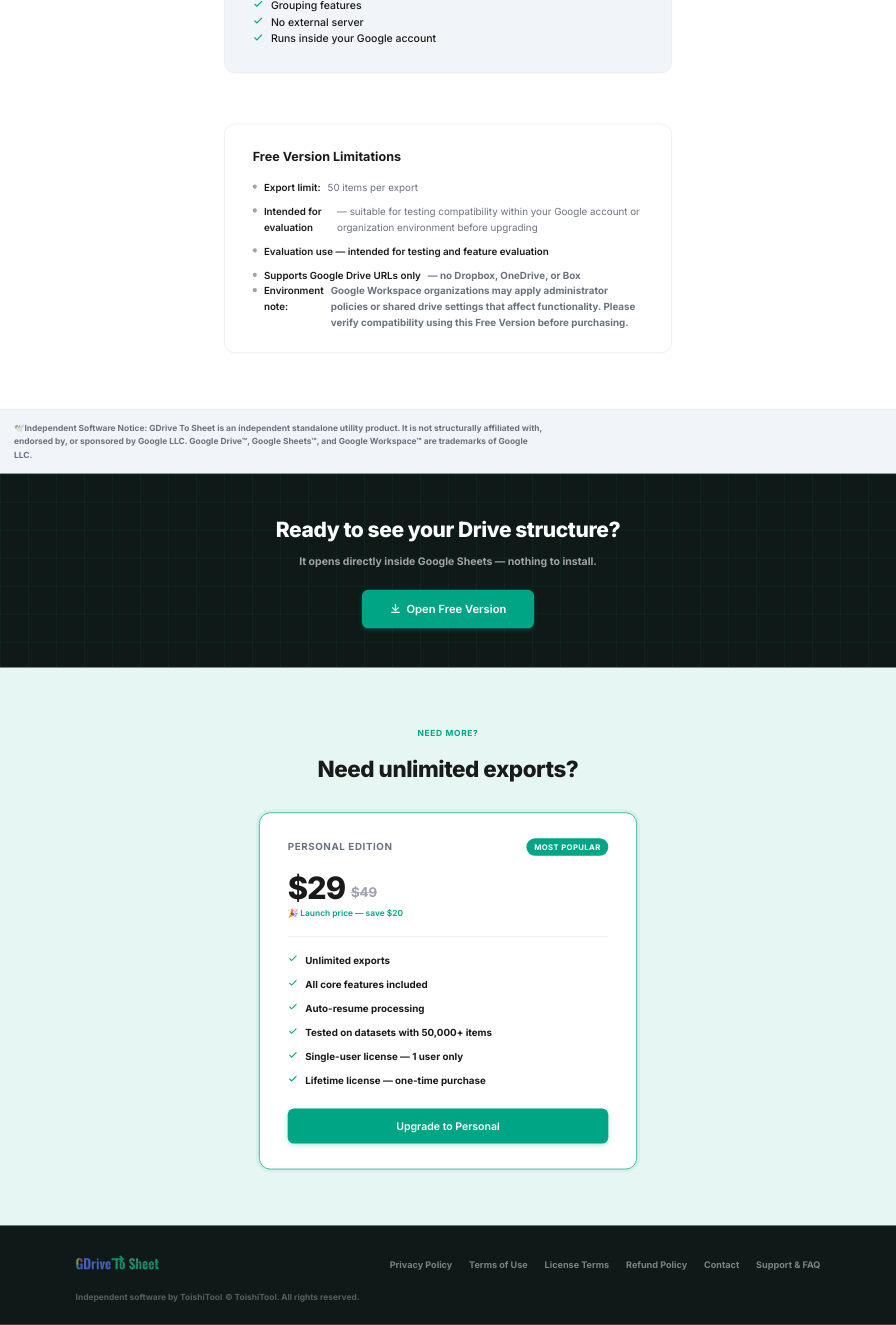
Repository: toishitool/gdrive-to-sheet
Page: free-download.html
These files come from the project's save history. The page is drawn as it stood at one moment and after the next save; the edit follows.
The browser window is 1280 px wide. The pictures show the part of the page from y = 691 to 2611 px (the page is 2584 px tall before and 2611 px after), at 70% of full size.
Pictures or frames that could not be fetched are drawn as grey boxes.

Above is the page before, as saved 2026-06-24 20:21:11.

### free-download.html
<!DOCTYPE html>
<html lang="en" class="scroll-smooth">

<head>
  <meta charset="UTF-8" />
  <meta name="viewport" content="width=device-width, initial-scale=1.0" />
  <title>Get Your Free Version – GDrive To Sheet</title>
  <meta name="description"
content="Try GDrive To Sheet for free (up to 50 items per export). Verify compatibility in your environment and export Google Drive folder structures into Google Sheets." />
  <link rel="canonical" href="https://toishitool.github.io/gdrive-to-sheet/free-download.html" />

  <link rel="preconnect" href="https://fonts.googleapis.com" />
  <link rel="preconnect" href="https://fonts.gstatic.com" crossorigin />
  <link href="https://fonts.googleapis.com/css2?family=Inter:wght@300;400;500;600;700;800&display=swap"
    rel="stylesheet" />
  <link rel="stylesheet" href="style.css" />
</head>

<body>

  <div id="header-container"></div>


  <section class="hero grid-bg" aria-label="Hero" style="padding: 64px 0 64px;">

    <img src="images/free-download-window.png" alt="Google Sheet Copy Document Interface" style="
    position: absolute;
    top: 35%;
    left: 80%;
    transform: translate(-50%, -50%);
    width: 60%;
    height: auto;
    opacity: 0.25;
    z-index: 0;
    pointer-events: none;
  ">

    <div class="container">
      <span class="eyebrow">GDrive To Sheet</span>
      <h1>Get Your <em>Free</em> Version</h1>
      <p class="sub">Try GDrive To Sheet free with up to 50 items per export to test compatibility in your environment before upgrading.
      </p>
      <div class="hero-btns">
  <a href="#"
    class="btn btn-primary"
    id="primary-cta">
    <svg width="16" height="16" fill="none" stroke="currentColor" stroke-width="2.5" viewBox="0 0 24 24">
      <path d="M12 2v13M5 9l7 7 7-7" />
      <path d="M3 20h18" />
    </svg>
    Open Free Version
  </a>
</div>

      <script>
document.getElementById('primary-cta').addEventListener('click', function(e) {
  e.preventDefault();

  // Google Sheetsコピー画面を新規タブで開く
  window.open(
    'https://docs.google.com/spreadsheets/d/1XC61kJ0gTl77MmNbun20sqAu81Rwod_-uWnyr1DBxf4/copy',
    '_blank'
  );

  // 現在のタブをサンクスページへ移動
  window.location.href = 'free-thanks.html';
});
</script>

      <p class="trust-note">
        <svg width="14" height="14" viewBox="0 0 24 24" fill="none" stroke="var(--primary)" stroke-width="2.5">
          <path d="M12 22s8-4 8-10V5l-8-3-8 3v7c0 6 8 10 8 10z" />
        </svg>
        Opens a copy in your own Google account. No installation or external server required.
      </p>
    </div>
  </section>

  <section class="feature-section reveal">
    <div class="container">
      <div class="feature-card">
        <h2>What's Included</h2>
        <ul class="feature-list">
          <li><svg width="16" height="16" fill="none" stroke="currentColor" stroke-width="2.5" viewBox="0 0 24 24">
              <polyline points="20 6 9 17 4 12" />
            </svg> </svg> Export up to 50 items per export</li>
          <li><svg width="16" height="16" fill="none" stroke="currentColor" stroke-width="2.5" viewBox="0 0 24 24">
              <polyline points="20 6 9 17 4 12" />
            </svg> Folder tree export</li>
          <li><svg width="16" height="16" fill="none" stroke="currentColor" stroke-width="2.5" viewBox="0 0 24 24">
              <polyline points="20 6 9 17 4 12" />
            </svg> New file highlighting</li>
          <li><svg width="16" height="16" fill="none" stroke="currentColor" stroke-width="2.5" viewBox="0 0 24 24">
              <polyline points="20 6 9 17 4 12" />
            </svg> Size heatmap</li>
          <li><svg width="16" height="16" fill="none" stroke="currentColor" stroke-width="2.5" viewBox="0 0 24 24">
              <polyline points="20 6 9 17 4 12" />
            </svg> Grouping features</li>
          <li><svg width="16" height="16" fill="none" stroke="currentColor" stroke-width="2.5" viewBox="0 0 24 24">
              <polyline points="20 6 9 17 4 12" />
            </svg> No external server</li>
          <li style="grid-column: 1 / -1;"><svg width="16" height="16" fill="none" stroke="currentColor"
              stroke-width="2.5" viewBox="0 0 24 24">
              <polyline points="20 6 9 17 4 12" />
            </svg> Runs inside your Google account</li>
        </ul>
      </div>
    </div>
  </section>

  <section class="limits-section reveal">
    <div class="container">
      <div class="limits-card">
        <h2>Free Version Limitations</h2>
        <ul class="limits-list">
          <li><strong>Export limit:</strong> 50 items per export</li>
          <li>
            <strong>Intended for evaluation</strong> — suitable for testing compatibility within your Google account or
            organization environment before upgrading
          </li>
          <li><strong><strong>Evaluation use</strong> — intended for testing and feature evaluation
          </li>
          <li><strong>Supports Google Drive URLs only</strong> — no Dropbox, OneDrive, or Box</li>
          <li>
            <strong>Environment note:</strong>
            Google Workspace organizations may apply administrator policies or shared drive settings that affect
            functionality. Please verify compatibility using this Free Version before purchasing.
          </li>
        </ul>


      </div>
    </div>
  </section>

<div class="notice-block">
            <p>🕊️<strong>Independent Software Notice:</strong> GDrive To Sheet is an independent standalone utility
              product. It is not structurally affiliated with, endorsed by, or sponsored by Google LLC. Google Drive™, Google Sheets™, and Google Workspace™ are trademarks of Google LLC.</p>
          </div>

  <section class="cta-band reveal">
    <div class="container cta-band-inner">
      <h2>Ready to see your Drive structure?</h2>
      <p>It opens directly inside Google Sheets — nothing to install.</p>
      <a href="https://docs.google.com/spreadsheets/d/1XC61kJ0gTl77MmNbun20sqAu81Rwod_-uWnyr1DBxf4/copy"
        class="btn btn-primary" target="_blank" style="font-size:16px;padding:15px 32px;">
        <svg width="16" height="16" fill="none" stroke="currentColor" stroke-width="2.5" viewBox="0 0 24 24">
          <path d="M12 2v13M5 9l7 7 7-7" />
          <path d="M3 20h18" />
        </svg>
        Open Free Version
      </a>
    </div>
  </section>

  <section class="upsell reveal" aria-labelledby="upsell-heading">
    <div class="container">
      <div class="upsell-inner">
        <span class="eyebrow">Need More?</span>
        <h2 id="upsell-heading">Need unlimited exports?</h2>

        <div class="upsell-card">
          <div class="upsell-card-header">
            <span class="upsell-name">Personal Edition</span>
            <span class="upsell-badge">Most Popular</span>
          </div>
          <div class="upsell-price">
            <span class="now">$29</span>
            <span class="was">$49</span>
          </div>
          <div class="upsell-launch">🎉 Launch price — save $20</div>
          <div class="upsell-divider"></div>
          <ul class="price-features">
            <li>
              <svg width="15" height="15" fill="none" stroke="var(--primary)" stroke-width="2.5" viewBox="0 0 24 24">
                <polyline points="20 6 9 17 4 12" />
              </svg>
              <span><strong>Unlimited exports</strong></span>
            </li>
            <li>
              <svg width="15" height="15" fill="none" stroke="var(--primary)" stroke-width="2.5" viewBox="0 0 24 24">
                <polyline points="20 6 9 17 4 12" />
              </svg>
              <span>All core features included</span>
            </li>
            <li>
              <svg width="15" height="15" fill="none" stroke="var(--primary)" stroke-width="2.5" viewBox="0 0 24 24">
                <polyline points="20 6 9 17 4 12" />
              </svg>
              <span>Auto-resume processing</span>
            </li>
            <li>
              <svg width="15" height="15" fill="none" stroke="var(--primary)" stroke-width="2.5" viewBox="0 0 24 24">
                <polyline points="20 6 9 17 4 12" />
              </svg>
              <span>Tested on datasets with 50,000+ items</span>
            </li>
            <li>
              <svg width="15" height="15" fill="none" stroke="var(--primary)" stroke-width="2.5" viewBox="0 0 24 24">
                <polyline points="20 6 9 17 4 12" />
              </svg>
              <span>Single-user license — 1 user only</span>
            </li>
             <li>
              <svg width="15" height="15" fill="none" stroke="var(--primary)" stroke-width="2.5" viewBox="0 0 24 24">
                <polyline points="20 6 9 17 4 12" />
              </svg>
              <span><strong>Lifetime license — one-time purchase</strong></span>
            </li>

          </ul>
          <a href="personal-edition.html" class="btn btn-primary upsell-btn">Upgrade to Personal</a>
        </div>
      </div>
    </div>
  </section>

  <div id="footer-container"></div>
  <script src="js/common.js"></script>

</body>

</html>

### header.html
<nav aria-label="Main navigation">
  <div class="nav-inner">
    <a href="index.html" class="nav-logo">
      <img src="images/logo_gdrivetosheet.png" alt="GDrive To Sheet" />
    </a>
    <a href="index.html" class="nav-back hover-underline">
      <svg width="14" height="14" fill="none" stroke="currentColor" stroke-width="2.5" viewBox="0 0 24 24"><polyline points="15 18 9 12 15 6"/></svg>
      Back to Home
    </a>
  </div>
</nav>

### footer.html
<footer role="contentinfo" class="footer">
  <div class="container">
    <div class="footer-inner">
      <a href="index.html" class="footer-logo">
        <img src="images/logo_gdrivetosheet_dk.png" alt="GDrive To Sheet Home" />
      </a>

      <div class="footer-links">
        <a href="privacy-policy.html">Privacy Policy</a>
        <a href="terms.html">Terms of Use</a>
        <a href="license.html">License Terms</a>
        <a href="refund-policy.html">Refund Policy</a>
        <a href="contact.html">Contact</a>
        <a href="support.html">Support &amp; FAQ</a>
      </div>

      <div class="footer-bottom-text">
        <span class="footer-copy">Independent software by ToishiTool</span>
        <span class="footer-copy">
          © <span id="year"></span> ToishiTool. All rights reserved.
        </span>

        <script>
          document.getElementById("year").textContent =
            new Date().getFullYear();
        </script>
      </div>
    </div>
  </div>
</footer>

### notice.html

<div class="notice-block">
  <p> <img src="https://cdn.jsdelivr.net/gh/twitter/twemoji@14.0.2/assets/72x72/1f4bb.png" alt="💻" style="width: 1em; height: 1em; vertical-align: -0.1em;">
     <strong>Desktop only:</strong> Setup and execution require Google Sheets on a desktop browser. Mobile/SP/tablet execution is NOT supported. </p>
    <p><img src="https://fonts.gstatic.com/s/e/notoemoji/latest/1f54a/emoji.svg" alt="🕊️" style="width: 1em; height: 1em; vertical-align: -0.1em;">
      <strong>Independent Software Notice:</strong> GDrive To Sheet is an independent standalone utility
      product. It is NOT structurally affiliated with, endorsed by, or sponsored by Google LLC. Google Drive™, Google
      Sheets™, and Google Workspace™ are trademarks of Google LLC.</p>
  </div>

Loaded but not shown: js/common.js (157 lines, source omitted); style.css (3449 lines, source omitted)

After the next save:
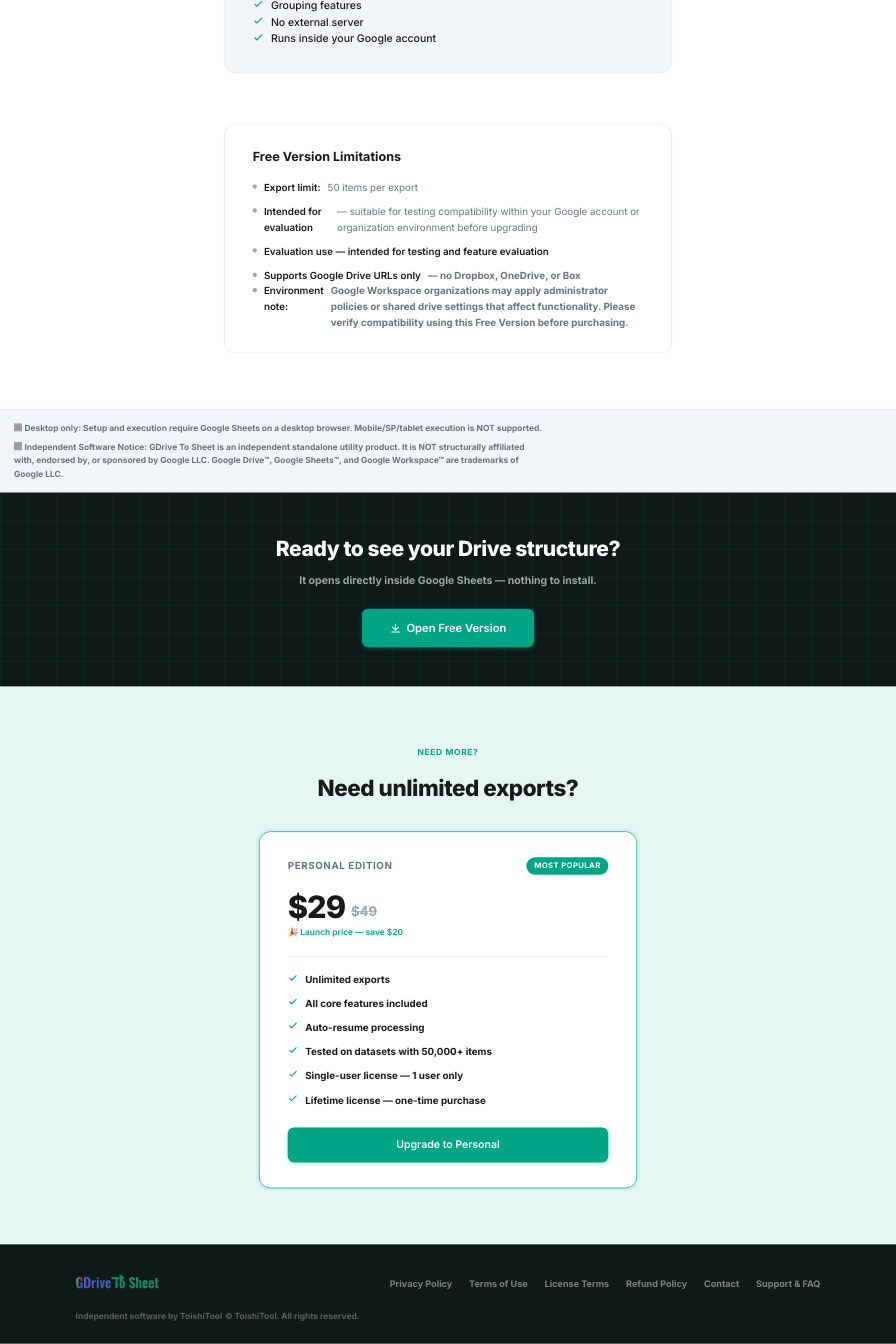
Saved 3 min 2 s later.
--- a/free-download.html
+++ b/free-download.html
@@ -133,10 +133,7 @@
     </div>
   </section>
 
-<div class="notice-block">
-            <p>🕊️<strong>Independent Software Notice:</strong> GDrive To Sheet is an independent standalone utility
-              product. It is not structurally affiliated with, endorsed by, or sponsored by Google LLC. Google Drive™, Google Sheets™, and Google Workspace™ are trademarks of Google LLC.</p>
-          </div>
+  <div id="notice-container" class="notice-container"></div>
 
   <section class="cta-band reveal">
     <div class="container cta-band-inner">
